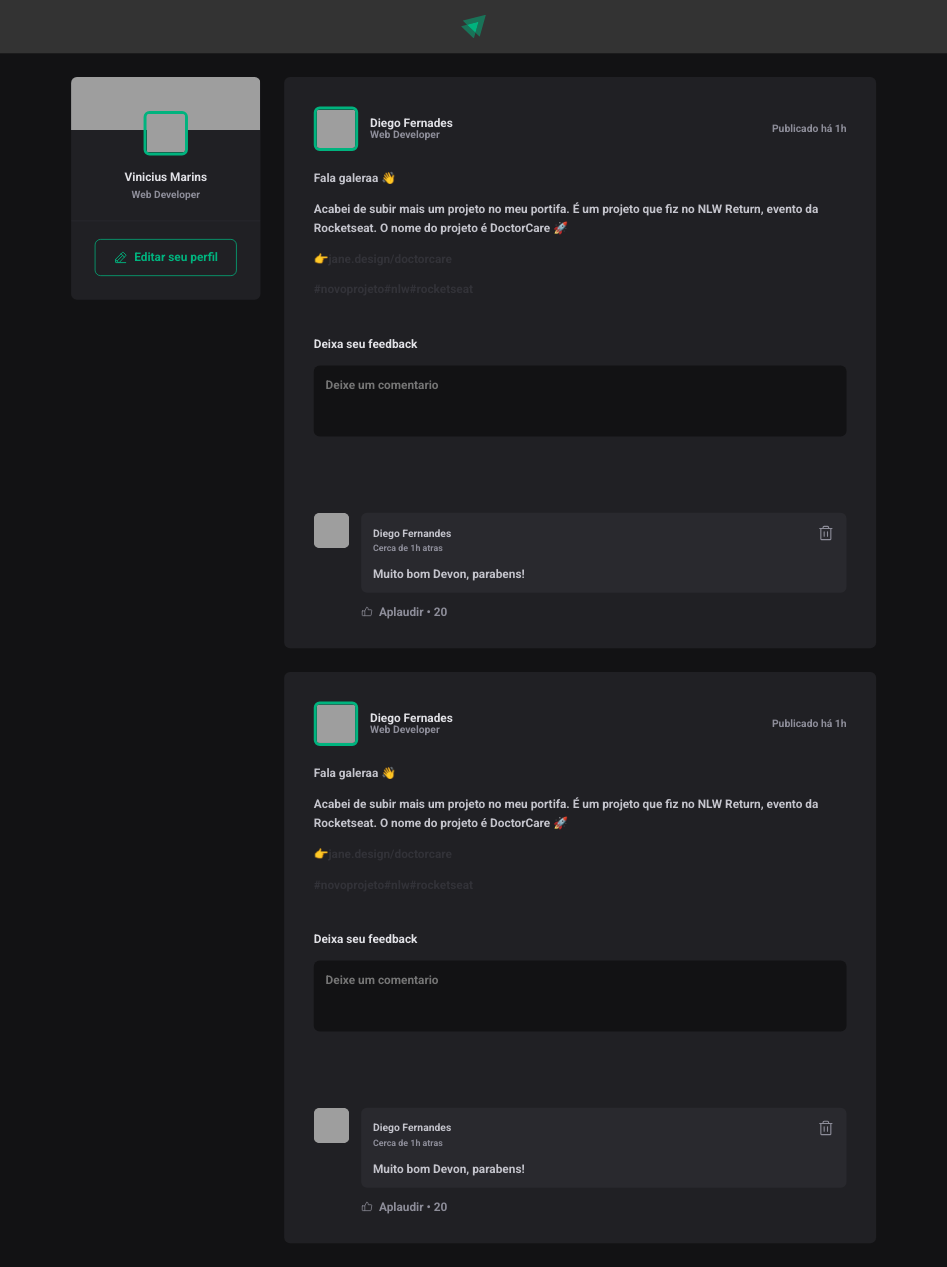
Repository: viniimartins/reactFundamentosRocketseat
Page: /
An editor plug-in stored every save of this project. The page is shown before and after the next save, followed by the edit.
The browser window is 1280 px wide. The pictures show the whole page, at 74% of full size.
Pictures or frames that could not be fetched are drawn as grey boxes. The project was rebuilt for these pictures with package versions that can differ from the ones it lists, and the page was loaded fresh each time. Also part of the build but not shown: vite.config.js.

Above is the page before, as saved 2023-05-02 13:24:14.

### index.html
<!DOCTYPE html>
<html lang="en">
  <head>
    <meta charset="UTF-8" />

    <link rel="preconnect" href="https://fonts.googleapis.com">
    <link rel="preconnect" href="https://fonts.gstatic.com" crossorigin>

    <link rel="icon" type="image/svg+xml" href="/vite.svg" />
    <meta name="viewport" content="width=device-width, initial-scale=1.0" />


    <link href="https://fonts.googleapis.com/css2?family=Montserrat&family=Roboto:wght@700&display=swap" rel="stylesheet">


    <title>Vite + React</title>
  </head>
  <body>
    <div id="root"></div>
    <script type="module" src="/src/main.jsx"></script>
  </body>
</html>

### src/App.jsx
import { Header } from './Components/Header'
import { Sidebar } from './Components/Sidebar'
import { Post } from './Components/Post'

import styles from './App.module.css'

import './global.css'

// author : { avatar_url: "", name: "", role: ""}
// publishedAt: Date
// content : String




const posts = [
  {
    id: 1,
    author: {
      avatarUrl: 'https://avatars.githubusercontent.com/u/84347013?v=4',
      name: "Diego Fernades",
      role: 'CTO @ Rocketseat'
    },
    content: [
      { type: 'paragraph', content: "Fala galeraa 👋", },
      { type: 'paragraph', content: "Acabei de subir mais um projeto no meu portifa. É um projeto que fiz no NLW Return, evento da Rocketseat. O nome do projeto é DoctorCare 🚀," },
      { type: 'link', content: 'jane.design/doctorcare' },
    ],
    publishedAt: new Date('2023-05-02 20:00:00')
  },
  {
    id: 2,
    author: {
      avatarUrl: 'https://github.com/maykbrito.png',
      name: "Mayk Brito",
      role: 'Educator @ Rocketseat'
    },
    content: [
      { type: 'paragraph', content: "Fala galeraa 👋", },
      { type: 'paragraph', content: "Acabei de subir mais um projeto no meu portifa. É um projeto que fiz no NLW Return, evento da Rocketseat. O nome do projeto é DoctorCare 🚀," },
      { type: 'link', content: 'jane.design/doctorcare' },
    ],
    publishedAt: new Date('2023-05-04 20:00:00')
  },
];


function App() {
  return (
    <>
      <div>
        <Header />

        <div className={styles.wrapper}>
          <Sidebar />
          <main>
            {posts.map(post => {
              return (
                <Post
                  key={post.id}
                  author={post.author}
                  content={post.content}
                  publishedAt={post.publishedAt}
                />
              )
            })}
          </main>
        </div>
      </div>

    </>
  )

}

export default App

### src/Components/Header.jsx
import styles from './Header.module.css';
import igniteLogo from '../assets/ignite-logo.svg'

export function Header() {
    return (
        <header className={styles.header}>
            <img src={igniteLogo}></img>
        </header>
    );
}

### src/Components/Sidebar.jsx
import { PencilLine } from "phosphor-react";

import styles from './Sidebar.module.css'
import { Avatar } from "./Avatar";

export function Sidebar() {
    return (
        <aside className={styles.sidebar}>
            <img
                className={styles.cover}
                src="https://images.unsplash.com/photo-1587620962725-abab7fe55159?ixlib=rb-4.0.3&ixid=MnwxMjA3fDB8MHxwaG90by1wYWdlfHx8fGVufDB8fHx8&auto=format&fit=crop&w=500&q=50"
            />
            <div className={styles.profile}>
                <Avatar src="https://avatars.githubusercontent.com/u/84347013?v=4" />
                <strong>Vinicius Marins</strong>
                <span>Web Developer</span>
            </div>

            <footer>
                <a href="#">
                    <PencilLine size={20} />
                    Editar seu perfil</a>
            </footer>
        </aside>
    )
}

### src/Components/Post.jsx
import styles from './Post.module.css'
import { Comment } from './Comment'
import { Avatar } from './Avatar'


export function Post(props) {
    return (
        <article className={styles.post}>
            <header>
                <div className={styles.author}>
                    <Avatar src={props.author.avatarUrl} />
                    <div className={styles.authorInfo}>
                        <strong>Diego Fernades</strong>
                        <span>Web Developer</span>
                    </div>
                </div>
                <time title="11 de Maio ás 08:13" dateTime="2022-05-11 08:13:30">Publicado há 1h</time>
            </header>


            <div className={styles.content}>
                <p> Fala galeraa 👋</p>
                <p>Acabei de subir mais um projeto no meu portifa. É um projeto que fiz no NLW Return, evento da Rocketseat. O nome do projeto é DoctorCare 🚀</p>
                <p>👉<a href="">jane.design/doctorcare</a></p>
                <p>
                    <a href="">#novoprojeto</a>{''}
                    <a href="">#nlw</a>{''}
                    <a href="">#rocketseat</a>
                </p>
            </div>

            <form className={styles.commentForm}>
                <strong>Deixa seu feedback</strong>

                <textarea
                    placeholder='Deixe um comentario'
                />

                <footer>
                    <button type="submit">Publicar</button>
                </footer>
            </form>

            <div className={styles.commentList}>
                <Comment />
            </div>
        </article>
    )
}

### src/global.css
:root {
  --white: #fff;

  --gray-100: #e1e1e6;
  --gray-300: #c4c4cc;
  --gray-400: #8d8d99;
  --gray-500: #323238;
  --gray-700: #29292e;
  --gray-800: #202024;
  --gray-900: #121214;

  --green-500: #00b37e;
  --green-300: #00875f;

  --red-500: #f75a68
}

:focus {
  outline: transparent;
  box-shadow: 0 0 0 2px var(--green-500);
}

* {
  margin: 0;
  padding: 0;
  box-sizing: border-box;
}

body {
  background: var(--gray-900);
  color: var(--gray-300);
  -webkit-font-smoothing: antialiased;
}

body,
input,
textarea,
button {
  font-family: "Roboto", sans-serif;
  font-weight: 400;
  font-size: 1rem;
}

### src/Components/Header.module.css
.header {
    background: #333;
    display: flex;
    justify-content: center;
    padding: 1.25rem 0
}

.header img {
    height: 2rem;
}

### src/Components/Sidebar.module.css
.sidebar {
  background: var(--gray-800);
  border-radius: 8px;
  overflow: hidden;
}

.cover {
  width: 100%;
  height: 72px;
  object-fit: cover;
}

.profile {
  display: flex;
  flex-direction: column;
  align-items: center;

  margin-top: calc(0px - 1.5rem - 6px);
}

.profile strong {
  margin-top: 1rem;
  color: var(--gray-100);
  line-height: 1.6;
}

.profile span {
  font-size: 0.857rem;
  color: var(--gray-400);
  line-height: 1.6;
}

.sidebar footer {
  border-top: 1px solid var(--gray-700);
  margin-top: 1.5rem;
  padding: 1.5rem 2rem 2rem;
}

.sidebar footer a {
  background: transparent;
  color: var(--green-500);
  border: 1px solid var(--green-500);
  border-radius: 8px;
  height: 50px;
  padding: 0 1.5rem;
  font-weight: bold;
  display: block;
  text-decoration: none;

  display: flex;
  align-items: center;
  justify-content: center;

  gap: 0.5rem;

  transition: color 0.1s, background-color 0.1s;
}

.sidebar footer a:hover {
  background: var(--green-500);
  color: var(--white);
}

### src/Components/Avatar.jsx
import styles from './Avatar.module.css';

export function Avatar({ hasBorder = true, src }) {
    return (
        <img
            className={hasBorder ? styles.avatarWithBorder : styles.avatar}
            src={src}
        />
    )
}

### src/Components/Post.module.css
.post {
  background: var(--gray-800);
  border-radius: 8px;
  padding: 2.5rem;
}

.post + .post {
  margin-top: 2rem;
}

.content {
  line-height: 1.6;
  color: var(--gray-300);
  margin-top: 1.5rem;
}

.content p {
  margin-top: 1rem;
}

.content a {
  font-weight: bold;
  color: var(--gray-500);
  text-decoration: none;
}

.content a:hover {
  color: var(--gray-300);
}

.post > header {
  display: flex;
  align-items: center;
  justify-content: space-between;
}

.post > header time {
  font-size: 0.875rem;
  color: var(--gray-400);
}

.author {
  display: flex;
  align-items: center;
  gap: 1rem;
}

.authorInfo strong {
  display: block;
  color: var(--gray-100);
  line-height: 1;
}

.authorInfo span {
  display: block;
  font-size: 0.875rem;
  color: var(--gray-400);
  line-height: 1;
}

.commentForm {
  width: 100%;
  margin-top: 1.5rem;
  padding-top: 1.5rem;
  border-top: 1px solid var(--gray-600);
}

.commentForm > strong {
  line-height: 1.6;
  color: var(--gray-100);
}

.commentForm textarea {
  width: 100%;
  background-color: var(--gray-900);
  border: 0px;
  resize: none;
  height: 6rem;
  padding: 1rem;
  border-radius: 8px;
  color: var(--gray-100);
  line-height: 1.4;
  margin-top: 1rem;
}

.commentForm button[type="submit"] {
  padding: 1rem 1.5rem;
  margin-top: 1rem;
  border-radius: 8px;
  border: 0;
  background-color: var(--green-500);
  color: var(--white);
  font-weight: bold;
  cursor: pointer;
  transition: background-color 0.1s;
}

.commentForm footer {
  visibility: hidden;
  max-width: 0;
}

.commentForm:focus-within footer {
  visibility: visible;
  max-width: none;
}

.commentForm button[type="submit"]:hover {
  background-color: var(--green-300);
}

.commentList {
  margin-top: 2rem;
}

### src/Components/Comment.jsx
import { ThumbsUp, Trash } from 'phosphor-react'
import styles from './Comment.module.css'
import { Avatar } from './Avatar'

export function Comment() {
    return (
        <div className={styles.comment}>
            <Avatar hasBorder={false} src="https://avatars.githubusercontent.com/u/84347013?v=4" alt="" />

            <div className={styles.commentBox}>
                <div className={styles.commentContent}>
                    <header>
                        <div className={styles.authorAndTime}>
                            <strong>Diego Fernandes</strong>
                            <time title="11 de Maio ás 08:13" dateTime="2022-05-11 08:13:30">Cerca de 1h atras</time>
                        </div>

                        <button title='Deletar comentario'>
                            <Trash size={24} />
                        </button>
                    </header>
                    <p>
                        Muito bom Devon, parabens!
                    </p>
                </div>
                <footer>
                    <button>
                        <ThumbsUp />
                        Aplaudir <span>20</span>
                    </button>
                </footer>
            </div>
        </div>
    )
}

### src/Components/Avatar.module.css
.avatar {
  width: 3rem;
  height: 3rem;
  border-radius: 8px;
}

.avatarWithBorder {
  width: calc(3rem + 12px);
  height: calc(3rem + 12px);
  border-radius: 8px;
  border: 4px solid var(--gray-800);
  border: 4px solid var(--green-500);
}

### src/Components/Comment.module.css
.comment {
  margin-top: 1.5rem;
  display: flex;
  gap: 1rem;
}

.comment > img {
  width: 3rem;
  height: 3rem;
  border-radius: 8px;
}

.commentBox {
  flex: 1;
}

.commentContent {
  background: var(--gray-700);
  border-radius: 8px;
  padding: 1rem;
}

.commentContent > header {
  display: flex;
  align-items: flex-start;
  justify-content: space-between;
}

.authorAndTime {
  display: flex;
  flex-direction: column;
}

.authorAndTime strong {
  display: block;
  font-size: 0.875rem;
  line-height: 1.6;
}

.authorAndTime time {
  display: block;
  font-size: 0.75rem;
  line-height: 1.6;
  color: var(--gray-400);
}

.commentContent header button {
  background: transparent;
  border: 0;
  color: var(--gray-400);
  cursor: pointer;
  line-height: 0;
  border-radius: 4px;
}

.commentContent header button:hover {
  color: var(--red-500);
}

.commentContent p {
  margin-top: 1rem;
  color: var(--gray-300);
}

.commentBox footer {
  margin-top: 1rem;
}

.commentBox footer button {
  background: transparent;
  border: 0;
  color: var(--gray-400);
  cursor: pointer;

  display: flex;
  align-items: center;
  border-radius: 2px;
}

.commentBox footer button:hover {
    color: var(--green-300);

}

.commentBox footer button svg {
    margin-right: 0.5rem;
}

.commentBox footer button span::before {
    content: "\2022";
    padding: 0 0.25rem;
}

Loaded but not shown: src/main.jsx (common file); src/App.module.css (common file)

After the next save:
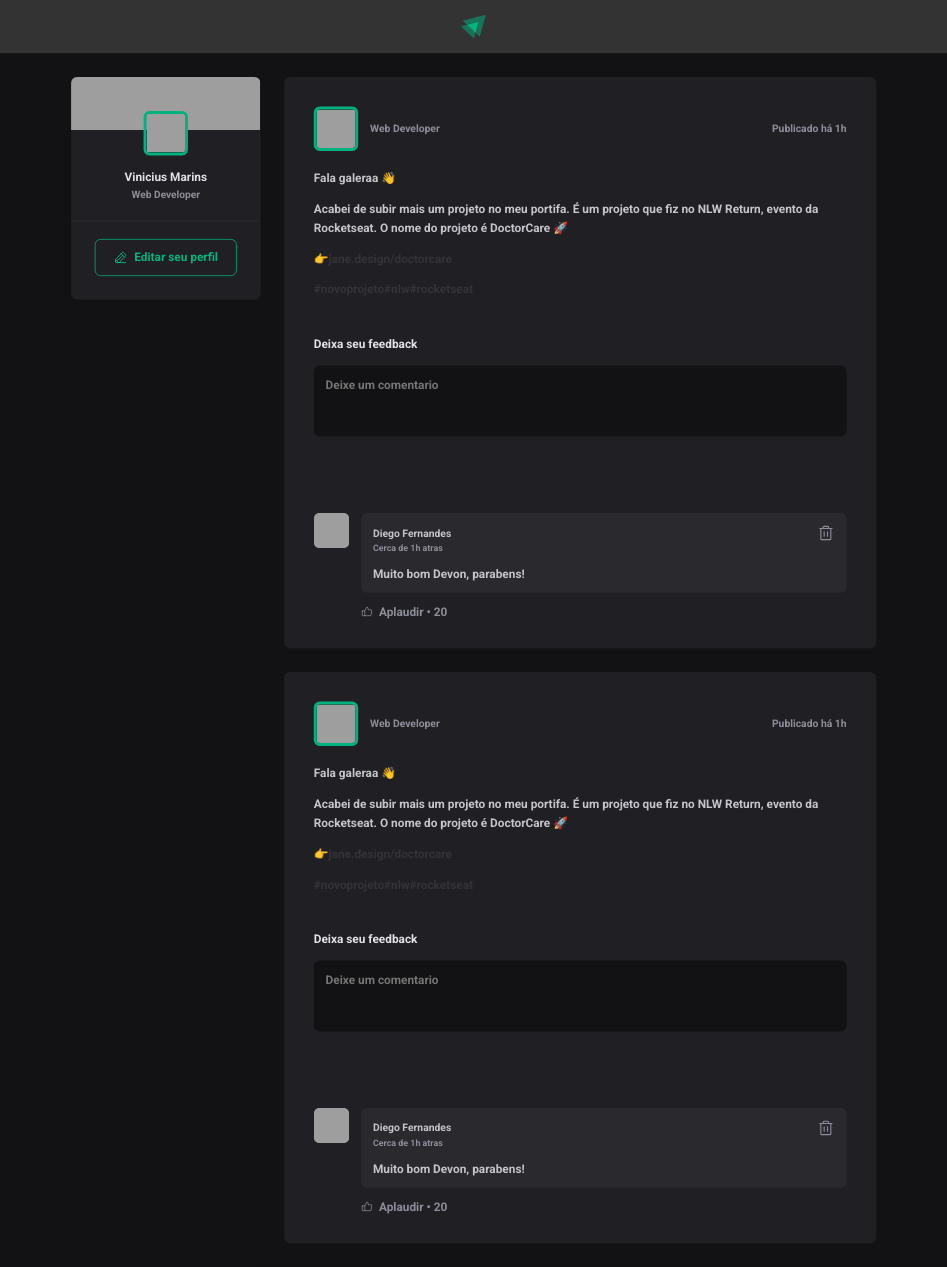
Saved 20 s later.
--- a/src/Components/Post.jsx
+++ b/src/Components/Post.jsx
@@ -10,7 +10,7 @@ export function Post(props) {
                 <div className={styles.author}>
                     <Avatar src={props.author.avatarUrl} />
                     <div className={styles.authorInfo}>
-                        <strong>Diego Fernades</strong>
+                        <strong>{}</strong>
                         <span>Web Developer</span>
                     </div>
                 </div>
